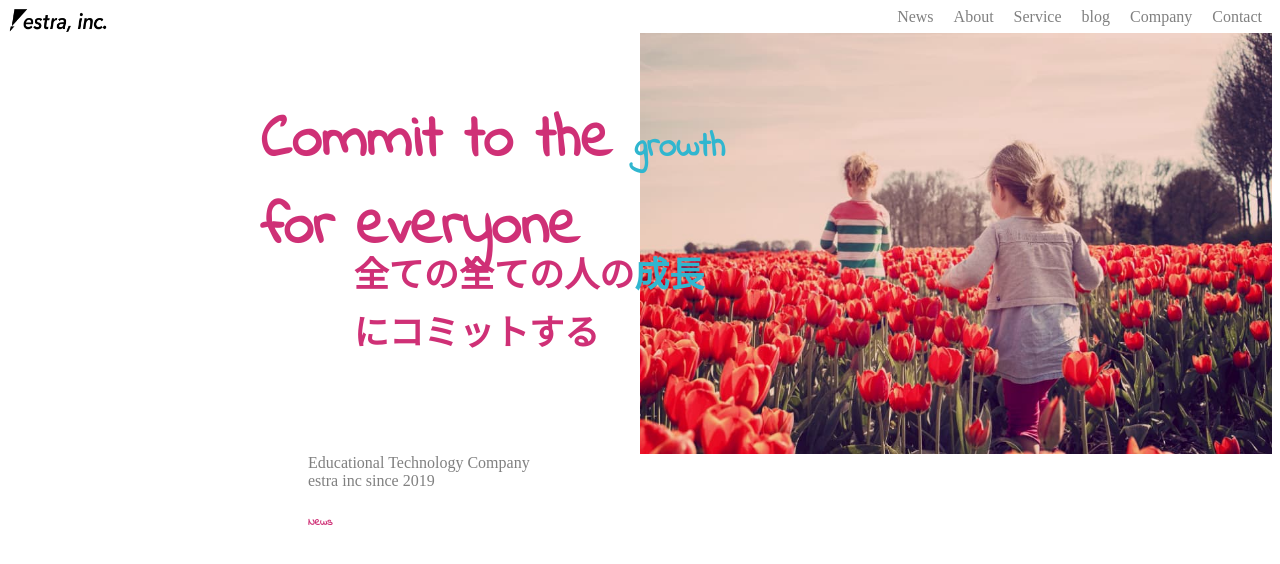
Repository: sigemasaasuka/20210902
Page: index.html
These files come from the project's save history. The page is drawn as it stood at one moment and after the next save; the edit follows.
The browser window is 1280 px wide. The pictures show the whole page.

Above is the page before, as saved 2021-09-08 17:30:18.

After the next save:
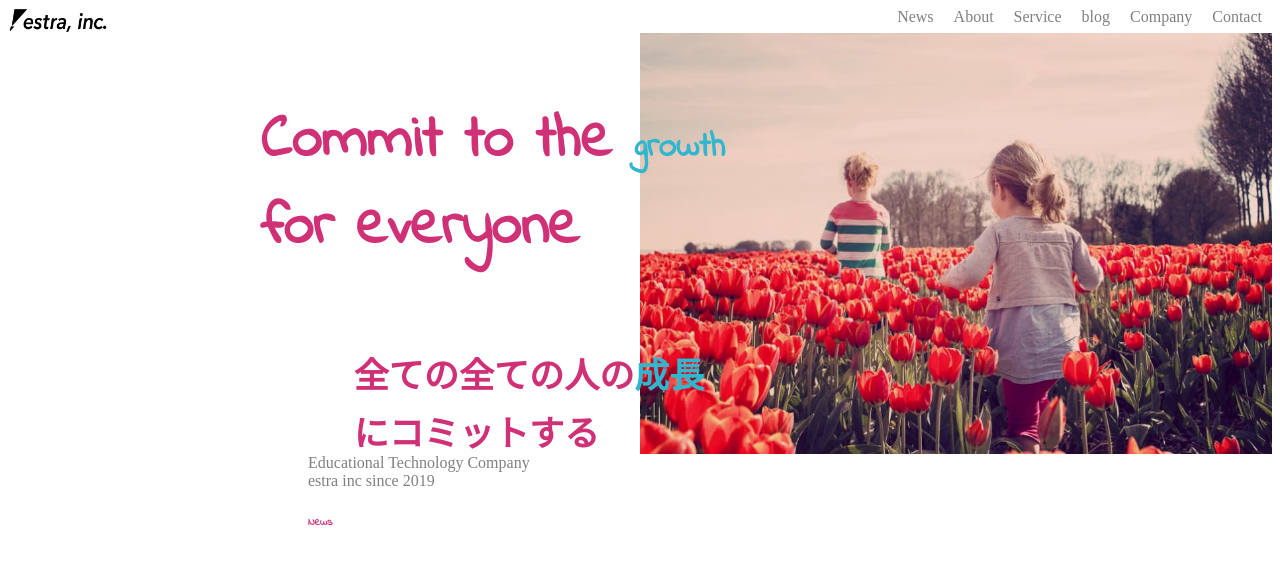
Saved 5 s later.
--- a/css/style.css
+++ b/css/style.css
@@ -45,7 +45,7 @@
 
 .example-txt {
   position: absolute;
-  top: 60%;
+  top: 100%;
   left: 20%;
   font-size: 30px;
   color: #cf3076;
